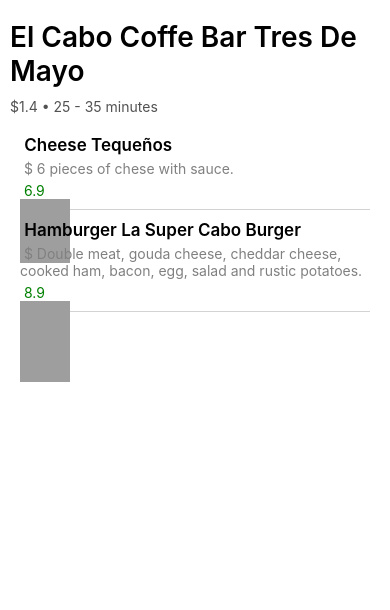
Repository: leroy-netizen/rn-uber-eats-client
Screen: /
The author's editor kept a copy of each file at every save. The screen is drawn from the files as they stood at one save, then again after the next save.
The pictures show rows 234 to 844 of an output 844 px tall.
Pictures or frames that could not be fetched are drawn as grey boxes. The app was drawn by React Native's web renderer in a window 390 px wide. The project was rebuilt for these pictures with package versions that can differ from the ones it lists, and the page was loaded fresh each time. Also part of the build but not shown: src/components/restaurantItem/RestaurantItem.jsx, src/screens/HomeScreen/index.js.

Above is the screen before, as saved 2023-01-16 16:53:08.

After the next save:
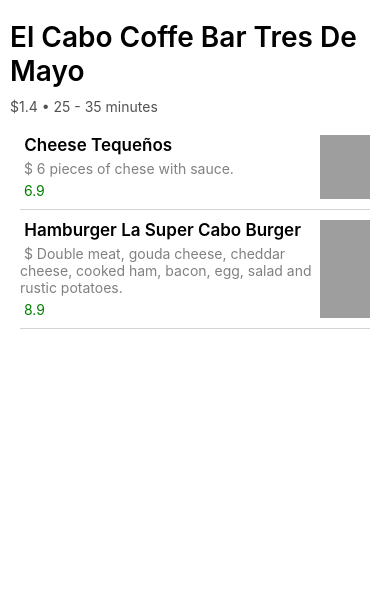
Saved 33 s later.
--- a/src/components/DishListItem/index.js
+++ b/src/components/DishListItem/index.js
@@ -7,8 +7,8 @@ const DishListItem = ({ dish }) => {
         <Text style={styles.name}> {dish.name}</Text>
         <Text style={styles.description}> $ {dish.description}</Text>
         <Text style={styles.price}> {dish.price}</Text>
+      </View>
         <Image source={{ uri: dish.image }} style={styles.image} />
-      </View>
     </View>
   );
 };
